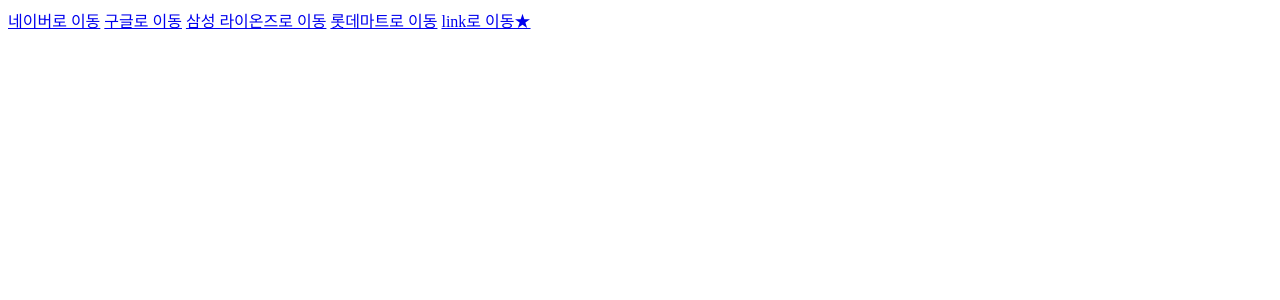
Repository: guswnsdldl/gb
Page: html workspace/d_link/src/main/webapp/link-task.html
An editor plug-in stored every save of this project. The page is shown before and after the next save, followed by the edit.
The browser window is 1280 px wide. The pictures show the whole page.

Above is the page before, as saved 2024-08-06 01:08:56.

After the next save:
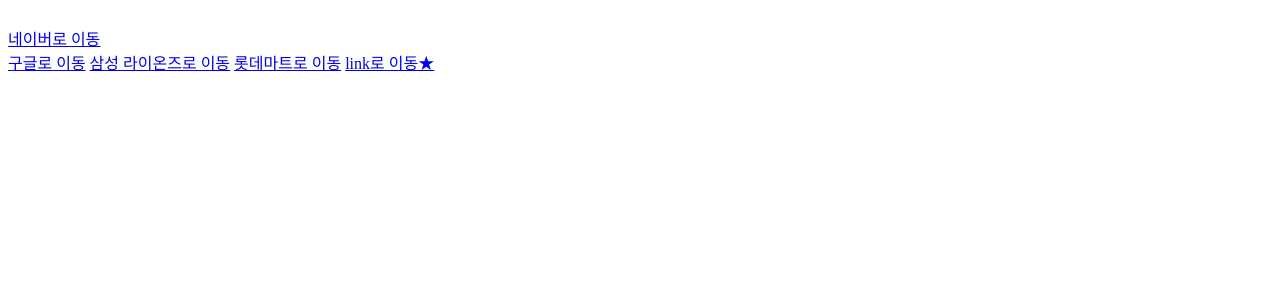
Saved 94 s later.
--- a/html workspace/d_link/src/main/webapp/link-task.html
+++ b/html workspace/d_link/src/main/webapp/link-task.html
@@ -14,7 +14,7 @@
 link.html로 이동
  -->
 
- <a href="http://www.naver.com">네이버로 이동</a>
+<br> <a href="http://www.naver.com">네이버로 이동</a> </br>
 <a href="http://www.google.com">구글로 이동</a>
 <a href="https://www.samsunglions.com/">삼성 라이온즈로 이동</a>
 <a href="https://www.lotteon.com">롯데마트로 이동</a>
